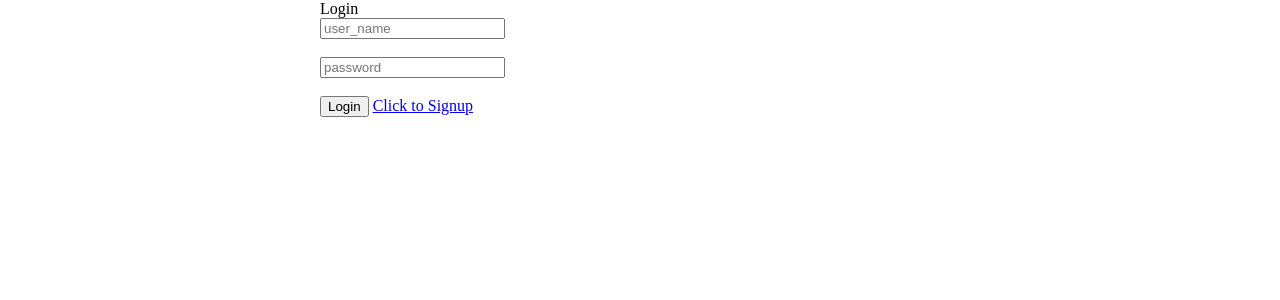
Repository: prathyushaa5/artgallery
Page: http://localhost/index/login.php
The author's editor kept a copy of each file at every save. The page is drawn from the files as they stood at one save, then again after the next save.
The browser window is 1280 px wide. The pictures show the whole page.
The page is run by PHP 8.4 with error messages shown; the project is at /var/www/html/.

Above is the page before, as saved 2023-11-16 13:36:57.

After the next save:
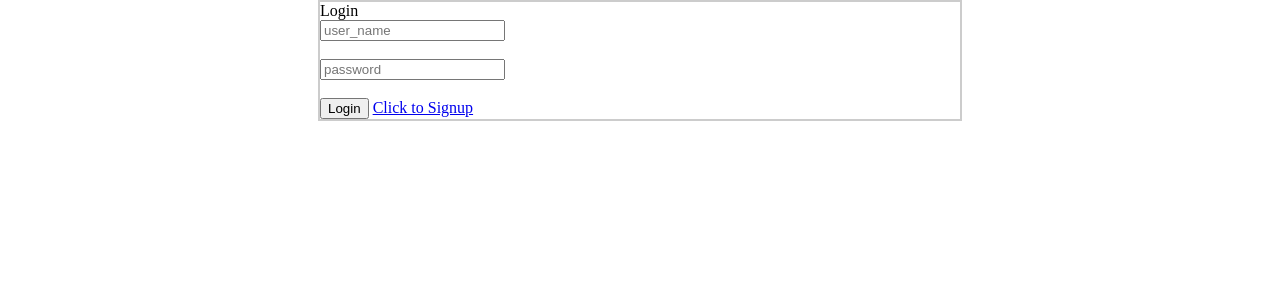
Saved 52 s later.
--- a/index/style.css
+++ b/index/style.css
@@ -9,4 +9,5 @@ body{
 .box{
     width:50%;
     height:50%;
+    border:2px solid #ccc;
 }
